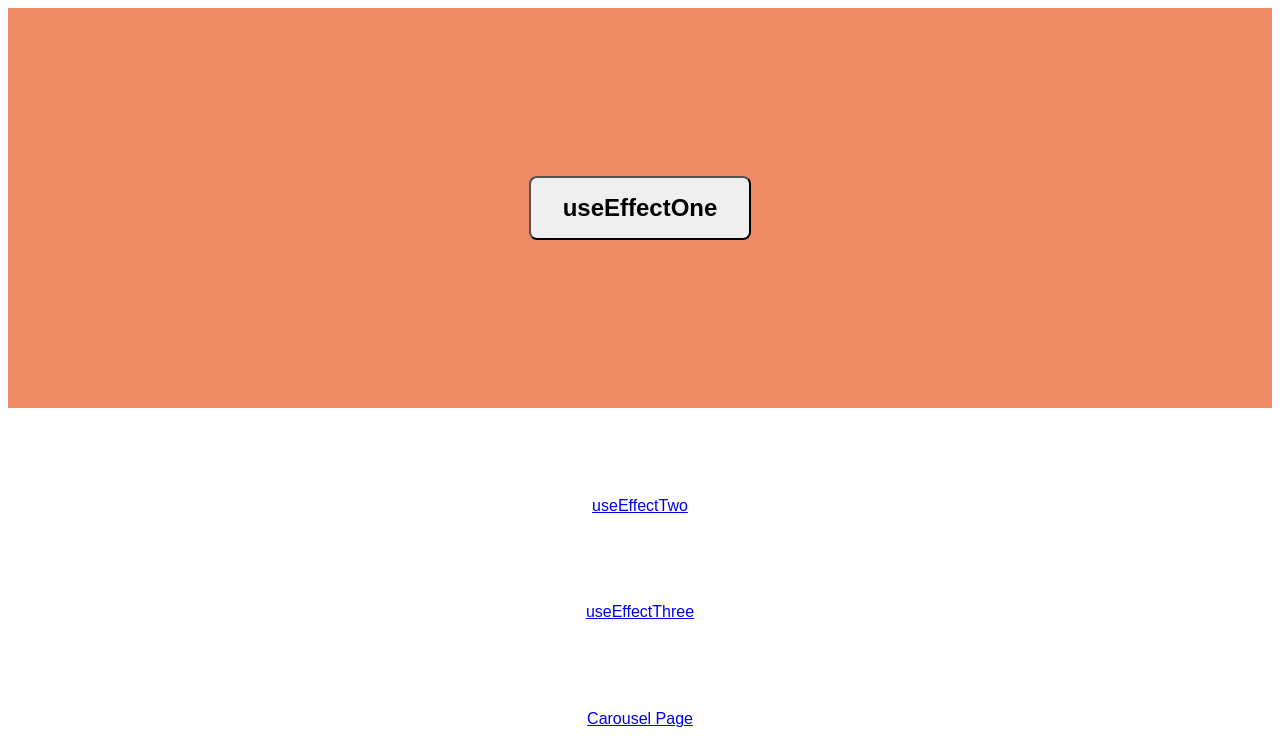
Repository: giovanabirck/class8
Page: /
The author's editor kept a copy of each file at every save. The page is drawn from the files as they stood at one save, then again after the next save.
The browser window is 1280 px wide. The pictures show the whole page.
The project was rebuilt for these pictures with package versions that can differ from the ones it lists, and the page was loaded fresh each time. The framework's server and built-in components were replaced by stand-ins that run in the browser. Also part of the build but not shown: next.config.js.

Above is the page before, as saved 2023-02-23 17:52:26.

### pages/index.js
import Head from 'next/head'
import styles from '@/styles/Home.module.css'
import Link from 'next/link'


export default function Home() {
  return (
    <>
      <Head>
        <title>Create Next App</title>
        <meta name="description" content="Generated by create next app" />
        <meta name="viewport" content="width=device-width, initial-scale=1" />
        <link rel="icon" href="/favicon.ico" />
      </Head>
      <main className={styles.main}>
        <div className={styles.effect_one}>
          <Link href="/useEffectOne">
            <button className={styles.btn}>useEffectOne</button>
          </Link>
        </div>
        <div className={styles.effect_two}>
          <Link href="/useEffectTwo">useEffectTwo</Link>
        </div>
        <div className={styles.effect_three}>
          <Link href="/useEffectThree">useEffectThree</Link>
        </div>
        <div className={styles.carousel}>
          <Link href="/carouselPage">Carousel Page</Link>
        </div>
      </main>
    </>
  )
}

### styles/globals.css
:root {
  --blue: #95CDF9;
  --green: #C3E0CF;
  --orange: #EF8B66;
  --white: #f4f9fd;
  --black: #222222;
  }

### styles/Home.module.css
.main {
  display: flex;
  flex-direction: column;
  justify-content: space-between;
  align-items: center;
  padding: 0rem;
  min-height: 100vh;
  font-family: Arial, Helvetica, sans-serif;
  color: var(--black);

}

.effect_one {
  background-color: var(--orange);
  width: 100%;
  height: 25rem;
  margin: 0rem;
  display: flex;
  justify-content: center;
  align-items: center;
}

.btn {
  font-weight: 900;
  font-size: 1.5rem;
  padding: 1rem 2rem;
  border-radius: 0.5rem;
  border
}

Loaded but not shown: pages/_app.js (common file); pages/_document.js (common file)

After the next save:
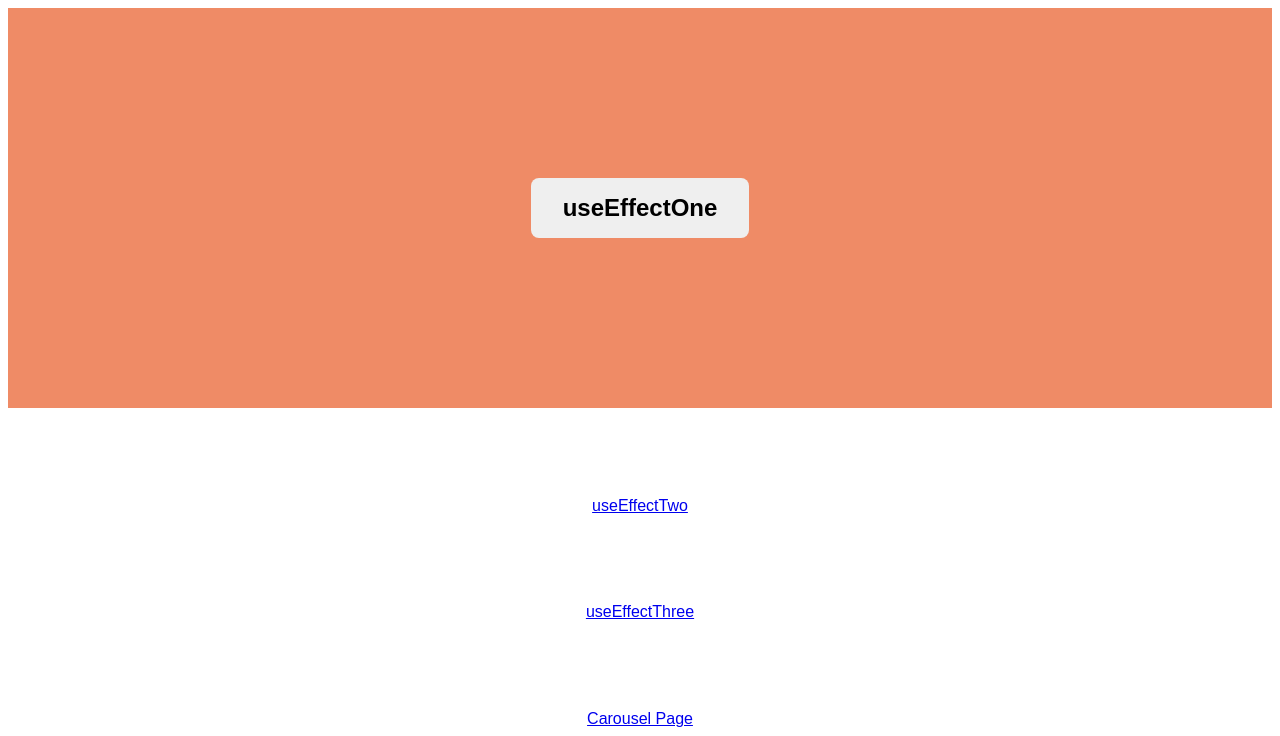
Saved 5 s later.
--- a/styles/Home.module.css
+++ b/styles/Home.module.css
@@ -25,5 +25,5 @@
   font-size: 1.5rem;
   padding: 1rem 2rem;
   border-radius: 0.5rem;
-  border
+  border-style: none;
 }
